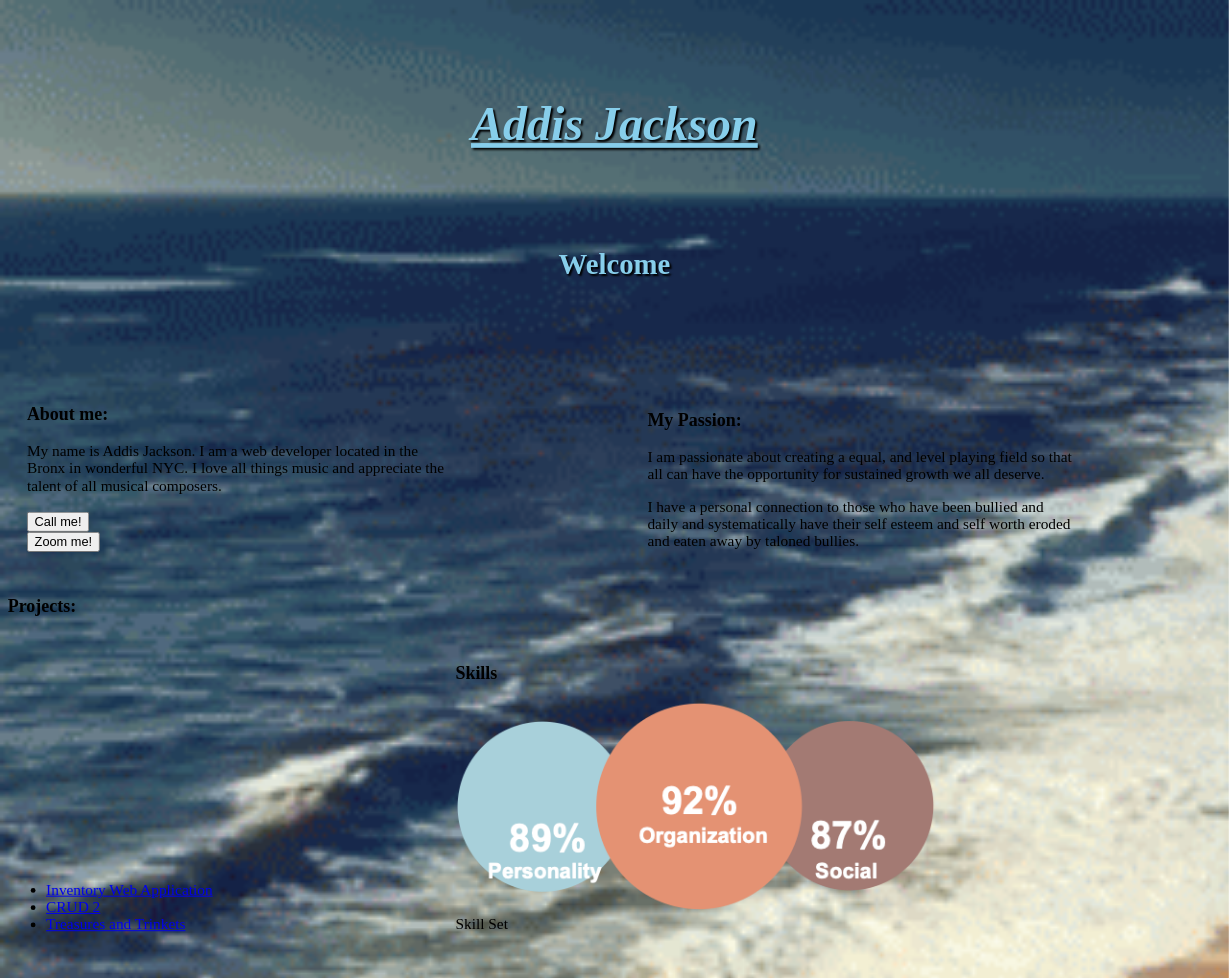
Repository: 10-2-pursuit/lab-design-assets
Page: index.html
An editor plug-in stored every save of this project. The page is shown before and after the next save, followed by the edit.
The browser window is 1280 px wide. The pictures show the part of the page from y = 0 to 1019 px (the page is 2026 px tall before and 1967 px after), at 96% of full size.
A picture or video elsewhere on the page could not be fetched, so the positions and the page height are approximate.

Above is the page before, as saved 2023-07-16 05:49:24.

After the next save:
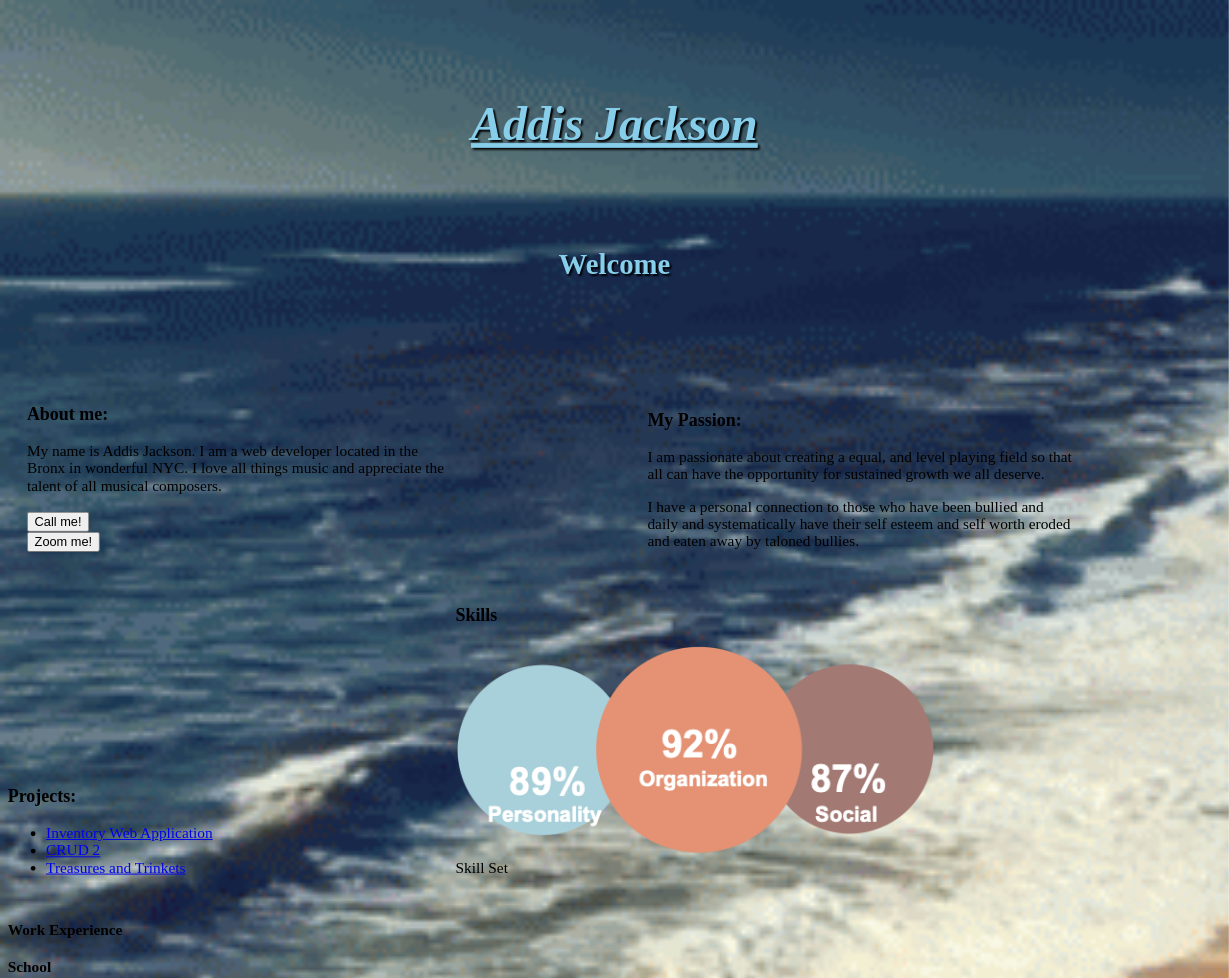
Saved 68 s later.
--- a/index.html
+++ b/index.html
@@ -35,8 +35,9 @@
         </article>
       </section>
       <section>
-        <h3>Projects:</h3>
+
         <article class="projects">
+          <h3>Projects:</h3>
           <ul>
             <!-- TO DO LINK TO THE THREE LABS OR PROJECTS YOU ARE MOST PROUD OF SO FAR -->
             <li><a href="https://github.com/addisjackson/inventory-web-application">Inventory Web Application</a></li>
